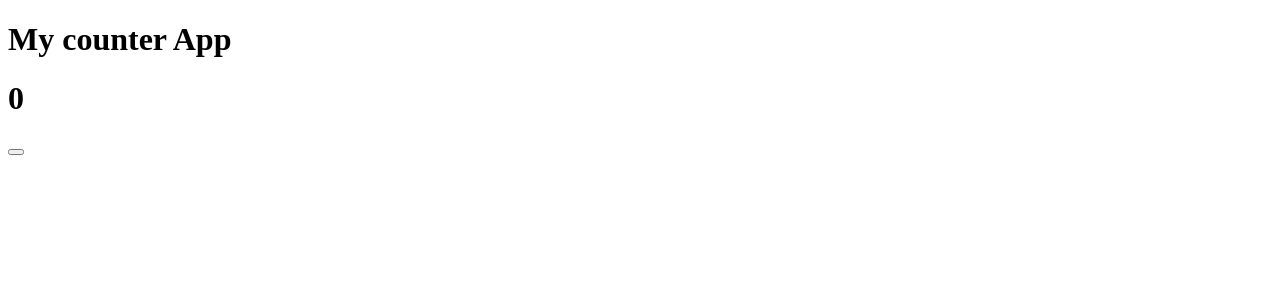
Repository: theanmol-raj/redux--
Page: /
An editor plug-in stored every save of this project. The page is shown before and after the next save, followed by the edit.
The browser window is 1280 px wide. The pictures show the whole page.
The project was rebuilt for these pictures with package versions that can differ from the ones it lists, and the page was loaded fresh each time. Also part of the build but not shown: src/index.css.

Above is the page before, as saved 2023-01-10 21:32:12.

### src/index.js
import React from 'react';
import ReactDOM from 'react-dom/client';
import './index.css';
import App from './App';
import {Provider } from "react-redux"
import store from './store';

const root = ReactDOM.createRoot(document.getElementById('root'));
root.render(
    <Provider store={store}>
        <App />
    </Provider>

);

### src/App.js
import React from 'react'
import { useSelector ,useDispatch } from 'react-redux'


function App() {
  const {counter} = useSelector(store => store)
  // console.log(x)

  const increment = () => {

  }

  return (
    <div>
      <h1>My counter App</h1>
      <h1>{counter}</h1>
      <button></button>
      {/* Store  */}
      {/* Dispatch */}
      {/* Reducers      */}
      {/* Actions */}
    </div>
  )
}

export default App

### src/store.js
import { createStore } from 'redux'



//
// const [counter ,setCounter] = useState(0)

const reducerFunction = (state = { counter : 0 } , action) => {


    return state ;
}



const store = createStore(reducerFunction) ;

export default store ;


// Store

Loaded but not shown: public/index.html (common file)

After the next save:
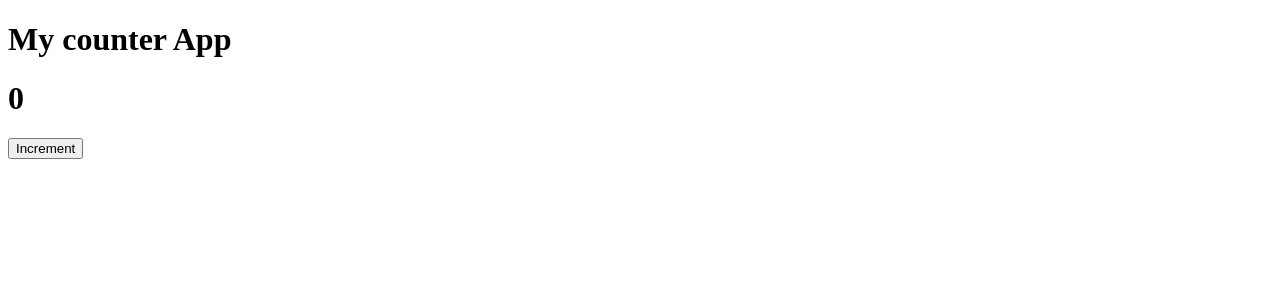
Saved 25 s later.
--- a/src/App.js
+++ b/src/App.js
@@ -14,7 +14,7 @@ function App() {
     <div>
       <h1>My counter App</h1>
       <h1>{counter}</h1>
-      <button></button>
+      <button onClick={increment}>Increment</button>
       {/* Store  */}
       {/* Dispatch */}
       {/* Reducers      */}
